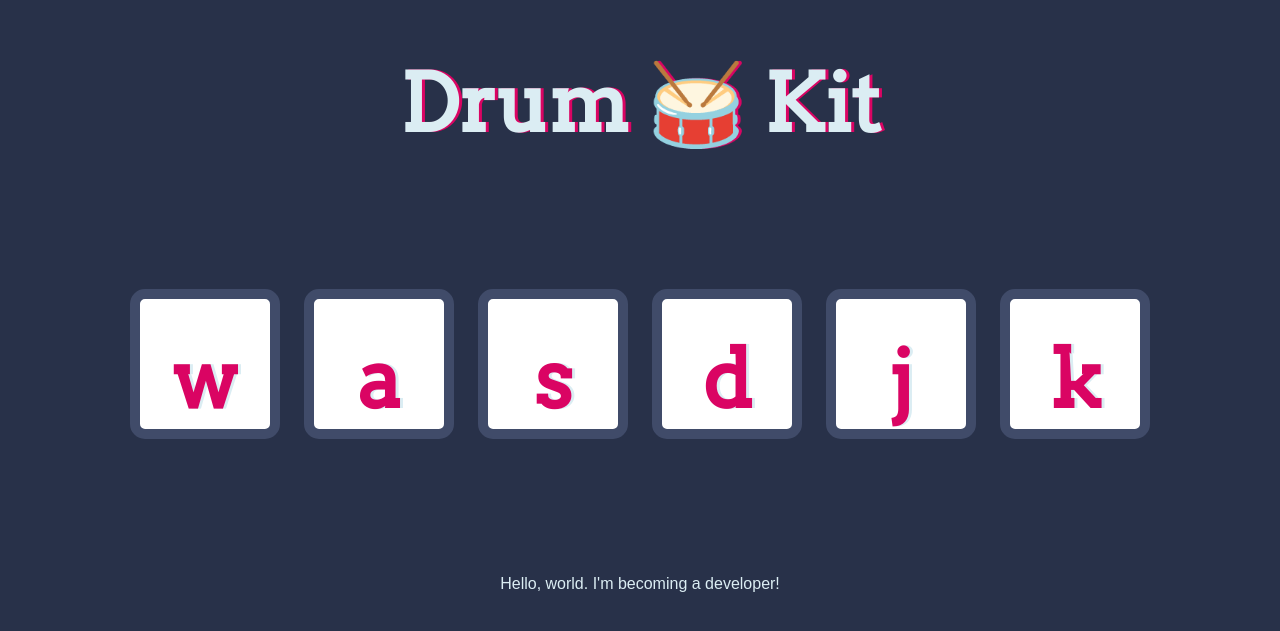
Repository: doncsar/yu-frontend-bootcamp
Page: 17-drumkit/index.html
An editor plug-in stored every save of this project. The page is shown before and after a run of saves, followed by the edit.
The browser window is 1280 px wide. The pictures show the whole page.

Above is the page before, as saved 2024-01-27 19:24:00.

After the next 3 saves:
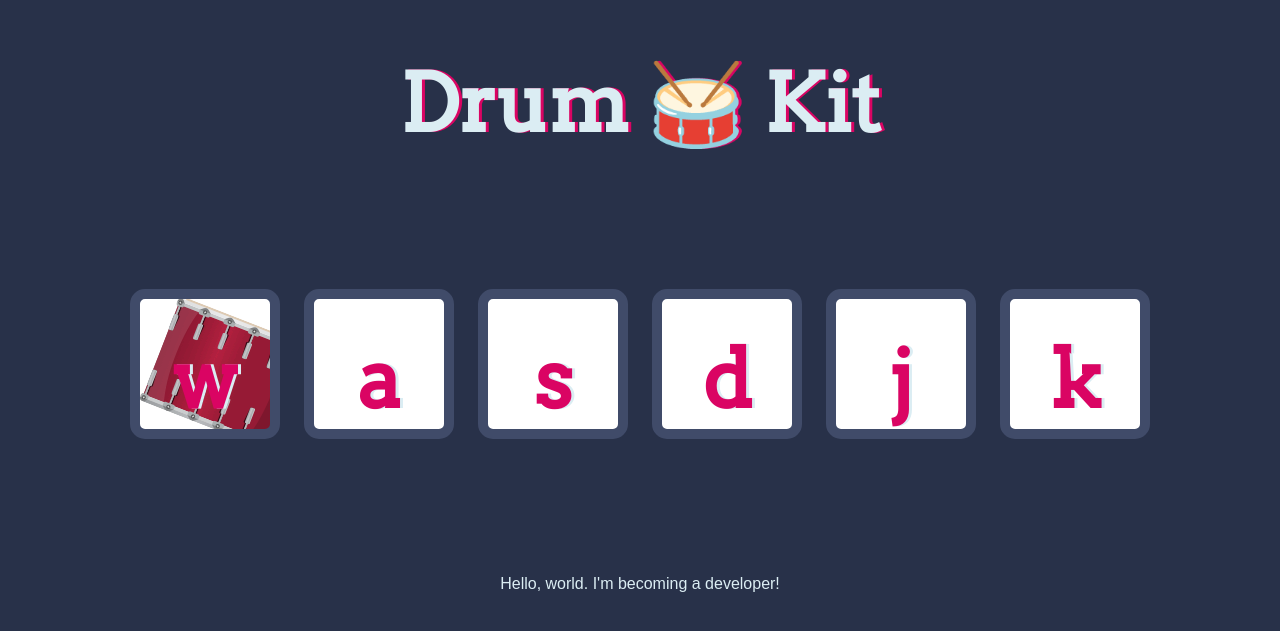
The 3 saves are shown as one change because they came seconds apart.
The last was saved 55 s later.
--- a/17-drumkit/style.css
+++ b/17-drumkit/style.css
@@ -17,7 +17,7 @@ footer {
 }
 
 .w {
- background-image: '/resources/images/tom1.png';
+ background-image: url('./resources/images/tom1.png');
 }
 
 .a {
